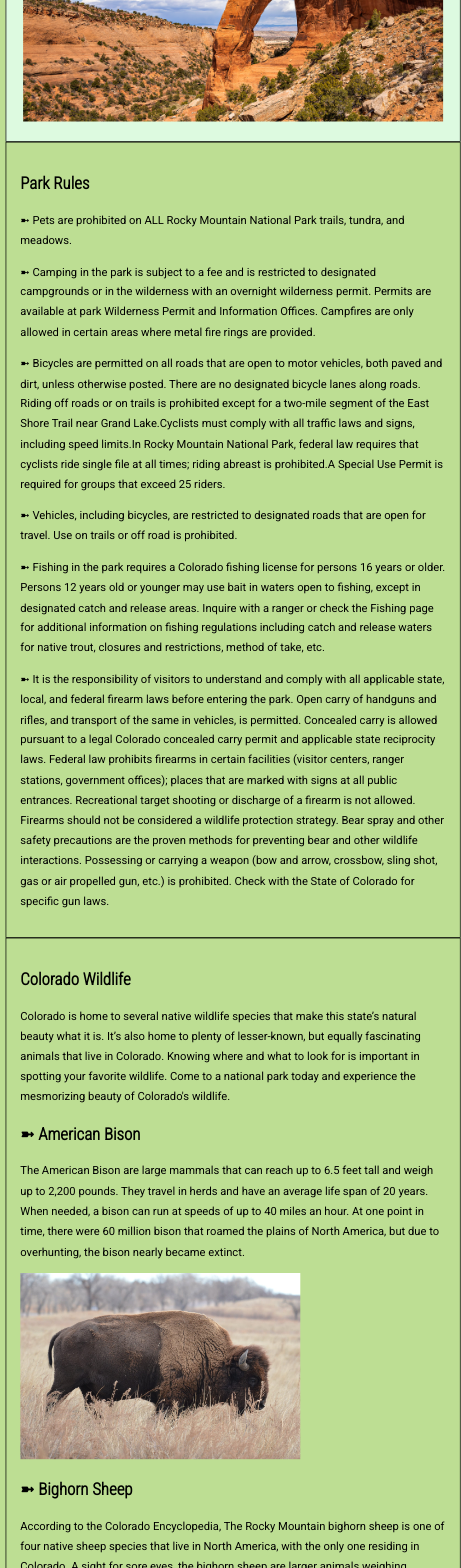
Repository: ethan-schrauf/UniversalDesignWebsite
Page: lab4.html
These files come from the project's save history. The page is drawn as it stood at one moment and after the next save; the edit follows.
The browser window is 600 px wide. The page is 658 px wide, so the pictures cover 658 px, including what lies to the right of the window. The pictures show the part of the page from y = 3432 to 5672 px (the page is 6835 px tall before and 6851 px after), at 70% of full size.

Above is the page before, as saved 2023-10-28 20:35:52.

### lab4.html

<!DOCTYPE html>

<html lang="en">
<head>
  <meta charset="UTF-8">
  <meta name="viewport" content="width=device-width, initial-scale=1.0">
  <meta http-equiv="X-UA-Compatible" content="ie=edge">
  <title>Accessible grid</title>
  <link href="lab4.css" rel="stylesheet">
</head>
<body>
<div class="container">
  <header>
    <h1>Colorado National Parks</h1>
  </header>
  <nav>
    <h2 class="sr-only">Main Navigation</h2>
    <ul>
      <li><a href="#Colorado-National-Parks">Colorado National Parks</a></li>
      <li><a href="#Park-Rules">Park Rules</a></li>
      <li><a href="#Colorado-Wildlife">Colorado Wildlife</a></li>
    </ul>
  </nav>
  <main>
    <section>
      <h2 id="Colorado-National-Parks">Rocky Mountain National Park</h2>
      <p>Rocky Mountain National Park in northern Colorado spans the Continental Divide and encompasses protected mountains, forests and alpine tundra. It's known for the Trail Ridge Road and the Old Fall River Road, drives that pass aspen trees and rivers. The Keyhole Route, a climb crossing vertical rock faces, leads up Longs Peak, the park’s tallest mountain. A trail surrounding Bear Lake offers views of the peaks.</p>
      <img src="images/rocky-mountain.jpeg" alt="Rocky Mountain National Park view from a lake with a large mountain behind it"  style="width: 600px; height: auto;">
      <h2>Mesa Verde National Park</h2>
      <p>Mesa Verde National Park is in southwest Colorado. It's known for its well-preserved Ancestral Puebloan cliff dwellings, notably the huge Cliff Palace. The Chapin Mesa Archeological Museum has exhibits on the ancient Native American culture. Mesa Top Loop Road winds past archaeological sites and overlooks, including Sun Point Overlook with panoramic canyon views. Petroglyph Point Trail has several rock carvings.</p>
      <img src="images/mesa-verde-national-park.jpeg" alt="Mesa Verde National Park Cave Dwellings"  style="width: 600px; height: auto;">
      <h2>Great Sand Dunes National Park and Preserve</h2>
      <p>Great Sand Dunes National Park and Preserve is in southern Colorado. It’s known for huge dunes like the towering Star Dune, and for the seasonal Medano Creek and beach created at the base of the dunes. The backcountry Medano Pass Primitive Road winds through a canyon toward the Sangre de Cristo mountains. Trails lead to forests, wetlands and alpine lakes like Medano Lake, which is home to trout and tundra wildlife.</p>
      <img src="images/great-sand-dunes-national-park.jpeg" alt="Great Sand Dunes National Park with collegiant peaks towering aboe" style="width: 600px; height: auto;">
      <h2>Black Canyon of the Gunnison National Park</h2>
      <p>Black Canyon of the Gunnison National Park is in western Colorado. It surrounds part of a deep, steep-walled gorge carved through Precambrian rock by the Gunnison River. Roads and trails along the north and south rims have views of the Black Canyon's dramatic drops and the striated Painted Wall cliff. The winding East Portal Road descends to the river. Wildlife includes mule deer, elk and golden eagles.</p>
      <img src="images/black-canyon-of-the-gunnison-national-park.jpeg" alt="Black Canyon of The Gunnison National Park" style="width: 600px; height: auto;">
      <h2>Lost Creek Wilderness</h2>
      <p>The Lost Creek Wilderness is a 119,790-acre wilderness area located in central Colorado in Jefferson and Park counties, south of the town of Bailey. The area is situated entirely within the boundaries of the Pike National Forest.</p>
      <img src="images/Lost-Creek-Wilderness-National-Park.jpeg" alt="Mountainside in Lost Creek Wilderness National Park" style="width: 600px; height: auto;">
      <h2>Black Ridge Canyons Wilderness (Colorado)</h2>
      <p>The Black Ridge Canyons Wilderness is located in western Colorado with a small portion extending into eastern Utah, USA, within the arid Colorado Plateau region approximately 15 miles west of Grand Junction, Colorado. The wilderness lies on the northwest flank of the Uncompahgre Plateau.</p>
      <img src="images/black-ridge-canyon-wilderness-national-park.jpeg" alt="Rock arch in Black Ridge Canyon Wilderness National Park" style="width: 600px; height: auto;">
    </section>
  </main>
  <aside id="Park-Rules">
    <h2>Park Rules</h2>
    <p>➼ Pets are prohibited on ALL Rocky Mountain National Park trails, tundra, and meadows.</p>
    <p>➼ Camping in the park is subject to a fee and is restricted to designated campgrounds or in the wilderness with an overnight wilderness permit. Permits are available at park Wilderness Permit and Information Offices. Campfires are only allowed in certain areas where metal fire rings are provided.</p>
    <p>➼ Bicycles are permitted on all roads that are open to motor vehicles, both paved and dirt, unless otherwise posted. There are no designated bicycle lanes along roads. Riding off roads or on trails is prohibited except for a two-mile segment of the East Shore Trail near Grand Lake.Cyclists must comply with all traffic laws and signs, including speed limits.In Rocky Mountain National Park, federal law requires that cyclists ride single file at all times; riding abreast is prohibited.A Special Use Permit is required for groups that exceed 25 riders.</p>
    <p>➼ Vehicles, including bicycles, are restricted to designated roads that are open for travel. Use on trails or off road is prohibited.</p>
    <p>➼ Fishing in the park requires a Colorado fishing license for persons 16 years or older. Persons 12 years old or younger may use bait in waters open to fishing, except in designated catch and release areas. Inquire with a ranger or check the Fishing page for additional information on fishing regulations including catch and release waters for native trout, closures and restrictions, method of take, etc.</p>
    <p>➼ It is the responsibility of visitors to understand and comply with all applicable state, local, and federal firearm laws before entering the park. Open carry of handguns and rifles, and transport of the same in vehicles, is permitted. Concealed carry is allowed pursuant to a legal Colorado concealed carry permit and applicable state reciprocity laws. Federal law prohibits firearms in certain facilities (visitor centers, ranger stations, government offices); places that are marked with signs at all public entrances. Recreational target shooting or discharge of a firearm is not allowed. Firearms should not be considered a wildlife protection strategy. Bear spray and other safety precautions are the proven methods for preventing bear and other wildlife interactions. Possessing or carrying a weapon (bow and arrow, crossbow, sling shot, gas or air propelled gun, etc.) is prohibited. Check with the State of Colorado for specific gun laws.</p>
  </aside>
  <aside id="Colorado-Wildlife">
    <h2>Colorado Wildlife</h2>
    <p>Colorado is home to several native wildlife species that make this state’s natural beauty what it is. It’s also home to plenty of lesser-known, but equally fascinating animals that live in Colorado. Knowing where and what to look for is important in spotting your favorite wildlife. Come to a national park today and experience the mesmorizing beauty of Colorado's wildlife.</p>
    <h2>➼ American Bison</h2>
    <p>The American Bison are large mammals that can reach up to 6.5 feet tall and weigh up to 2,200 pounds. They travel in herds and have an average life span of 20 years. When needed, a bison can run at speeds of up to 40 miles an hour. At one point in time, there were 60 million bison that roamed the plains of North America, but due to overhunting, the bison nearly became extinct.</p>
    <img src="images/colorado-bison.jpeg" alt="American bison" style="width: 400px; height: auto;">
    <h2>➼ Bighorn Sheep</h2>
    <p>According to the Colorado Encyclopedia, The Rocky Mountain bighorn sheep is one of four native sheep species that live in North America, with the only one residing in Colorado. A sight for sore eyes, the bighorn sheep are larger animals weighing anywhere from 100 to 300 pounds. The distinctive males, or rather the rams, have large curled horns that are used for defense and foraging.</p>
    <img src="images/colorado-bighorn-sheep.jpeg" alt="Bighorn sheep on a mountaintop" style="width: 400px; height: auto;">
    <h2>➼ Black Bears</h2>
    <p>Technically “black” is not a species and not the only color of Colorado’s black bear. In Colorado, plenty of black bears are light blonde, brown, or cinnamon-colored. Living 20 – 25 years in the wild, they average three feet tall when standing up, with males reaching up to 275 pounds.</p>
    <img src="images/colorado-black-bear.jpeg" alt="Black bear in a meadow." style="width: 400px; height: auto;">

  </aside>
  <footer>
    <small> Designed by Ethan Schrauf</small>
  </footer>

</div> <!-- end container -->
</body>
</html>

### lab4.css
@import url('https://fonts.googleapis.com/css2?family=Roboto&display=swap');
@import url('https://fonts.googleapis.com/css2?family=Roboto&family=Roboto+Condensed:wght@300&display=swap');

body {
    background: rgb(189, 222, 147);
}

/* css reset */
::before,
::after {
    box-sizing: border-box;
    padding: 0;
    margin: 0;
}

h1,
h2,
h3 {
    padding: .2em 0;
}

p {
    margin: 1.0em 0;
    line-height: 1.8em;
}

header,
nav,
main,
aside,
footer {
    padding: 1.5em;
    border: 1px black solid;
}

header,
footer {
    text-align: center;
}

.container {
    max-width: 1200px;
    margin: 0 auto;
    background: rgb(175, 222, 176);
    display: grid;
    width: 100vw;
    height: 100vh;
    grid-template-columns:
     1fr       2fr       1fr;
    grid-template-areas:
    "heady     heady     heady"
    "navvy     navvy     navvy"
    "aside1    mainy     aside2"
    "aside1    mainy     aside2"
    "aside1    mainy     aside2"
    "footy     footy     footy";
  }
  aside {
    padding: 20px;
    width: 100%;
    box-sizing: border-box;
  }

  header {grid-area: heady; background:rgb(224, 247, 215);}
nav {grid-area: navvy; background:rgb(215, 253, 232);}
main {grid-area: mainy; background: rgb(221, 250, 224); max-height: 100%;}
#aside1 {grid-area: aside1; background: rgb(243, 251, 209);}
#aside2 {grid-area: aside2; background: rgb(218, 254, 245);}
footer {grid-area: footy; background: rgb(205, 255, 252);}

nav ul {
    display: flex;
    flex-flow: row nowrap;
    justify-content: space-around;
    }

    nav ul li {
      list-style: none
    }

    @media screen
      and (min-width: 641px)
      and (max-width: 900px)  {
    .container {
    grid-template-columns:
       1fr 1fr;
    grid-template-areas:
      "heady heady"
      "navvy navvy"
      "mainy mainy"
      "aside1 aside2"
      "footy footy";
    }
    }

    @media screen
      and (max-width: 640px)  {
        aside {
          width: 100%;
        }
    .container {
    grid-template-columns:
       1fr;
    grid-template-areas:
      "heady"
      "mainy"
      "aside1"
      "aside2"
      "navvy"
      "footy";
    }
    nav ul {
      flex-flow: column nowrap;
      text-align: center;
    }
    nav ul li a {
      display: block;
      padding: 10px 5px;
      margin: 5px;
      border: 1px black solid;
      background: white;

    }
    }

    p {
        font-family: 'Roboto', sans-serif;
    }

    h2,
    h1 {
        font-family: 'Roboto Condensed', sans-serif;
    }

    #park-image {
        width: 300px; /* Set the desired width in pixels */
        height: auto; /* Maintain the aspect ratio */
      }

      .sr-only {
        border: 0;
        clip: rect(0, 0, 0, 0);
        height: 1px;
        margin: -1px;
        overflow: hidden;
        padding: 0;
        position: absolute;
        white-space: nowrap;
        width: 1px;
      }

      a {
        text-decoration: none;
      }

After the next save:
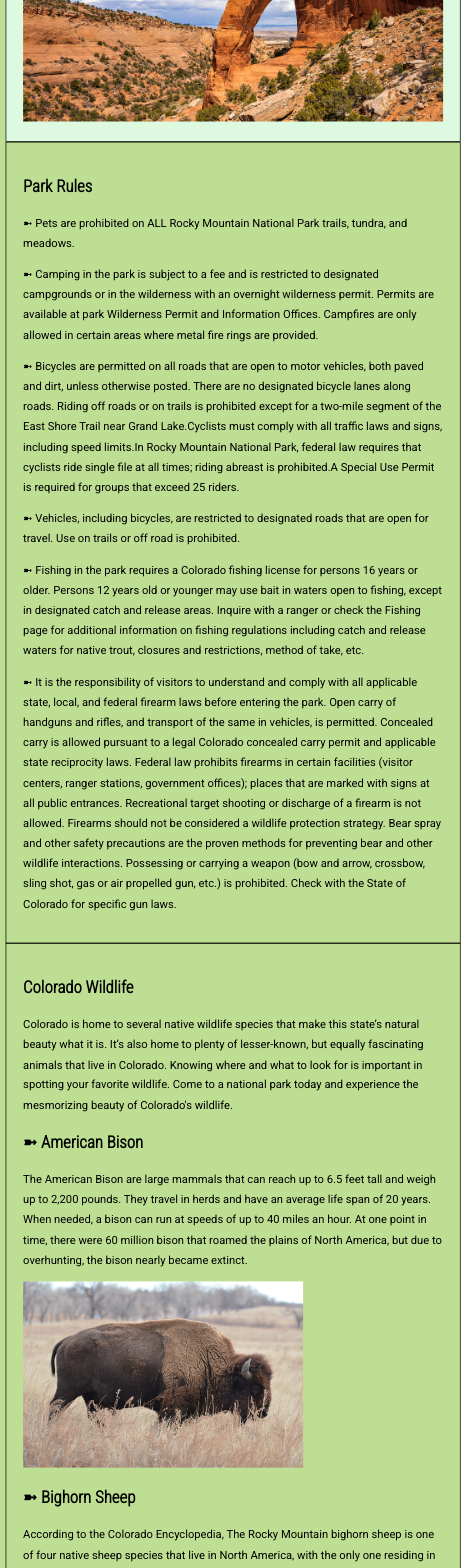
Saved 92 s later.
--- a/lab4.css
+++ b/lab4.css
@@ -55,11 +55,6 @@ footer {
     "aside1    mainy     aside2"
     "footy     footy     footy";
   }
-  aside {
-    padding: 20px;
-    width: 100%;
-    box-sizing: border-box;
-  }
 
   header {grid-area: heady; background:rgb(224, 247, 215);}
 nav {grid-area: navvy; background:rgb(215, 253, 232);}
@@ -79,7 +74,6 @@ nav ul {
     }
 
     @media screen
-      and (min-width: 641px)
       and (max-width: 900px)  {
     .container {
     grid-template-columns:
@@ -95,9 +89,6 @@ nav ul {
 
     @media screen
       and (max-width: 640px)  {
-        aside {
-          width: 100%;
-        }
     .container {
     grid-template-columns:
        1fr;
